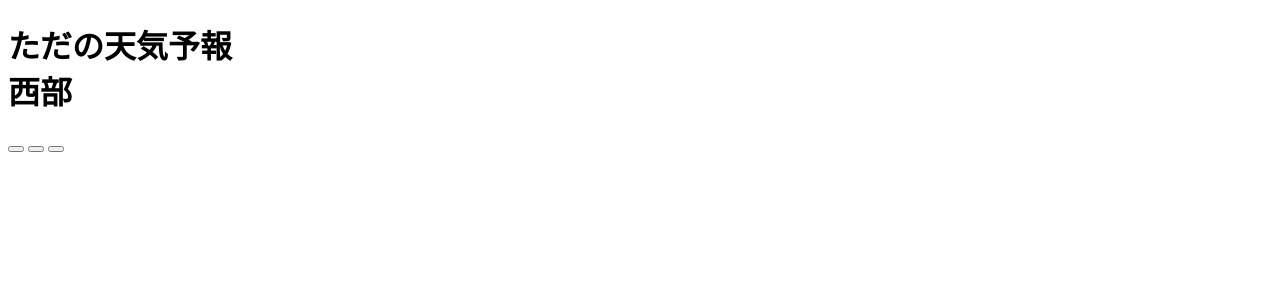
Repository: matsuryu0325/18_JS_practise
Page: 0513/weather3.html
An editor plug-in stored every save of this project. The page is shown before and after the next save, followed by the edit.
The browser window is 1280 px wide. The pictures show the whole page.

Above is the page before, as saved 2024-05-13 11:47:18.

After the next save:
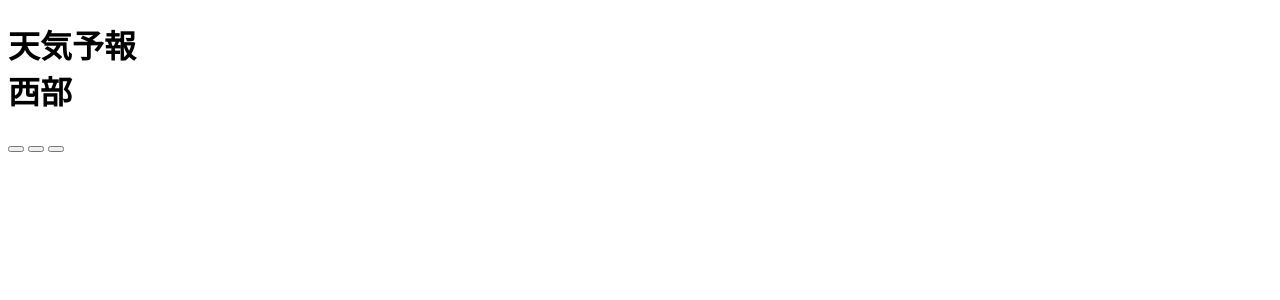
Saved 54 s later.
--- a/0513/weather3.html
+++ b/0513/weather3.html
@@ -16,7 +16,7 @@
 </head>
 
 <header>
-    <h1>ただの天気予報<br>
+    <h1>天気予報<br>
         <span>西部</span>
     </h1>
 </header>
